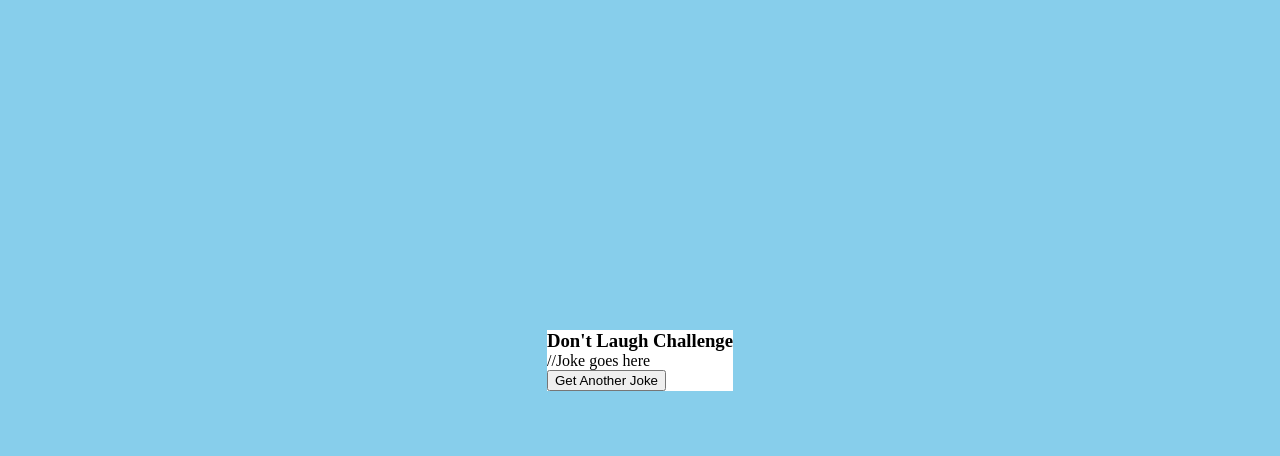
Repository: MMXiaohang/50projects50days-copy
Page: 10-dad-jokes/1-index.html
An editor plug-in stored every save of this project. The page is shown before and after the next save, followed by the edit.
The browser window is 1280 px wide. The pictures show the whole page.

Above is the page before, as saved 2022-07-13 00:02:46.

### 10-dad-jokes/1-index.html
<!DOCTYPE html>
<html lang="en">
<head>
    <meta charset="UTF-8">
    <meta http-equiv="X-UA-Compatible" content="IE=edge">
    <meta name="viewport" content="width=device-width, initial-scale=1.0">
    <link rel="stylesheet" href="./1-style.css">
    <title>Dad Jokes</title>
</head>
<body>
    <div class="container">
        <h3>Don't Laugh Challenge</h3>
        <div id="joke" class="joke"> //Joke goes here</div>
        <button id="jokeBtn" class="btn">Get Another Joke</button>
    </div>

    <script src="./1-script.js"></script>
</body>
</html>

### 10-dad-jokes/1-style.css
@import url('https://fonts.googleapis.com/css2?family=Roboto:wght@400;700&display=swap');


*{
    box-sizing: border-box;
    margin: 0;
}

body{
    background-color: skyblue;
    font-family: 'Roboto' sans-serif;
    display: flex;
    flex-direction: column;
    justify-content: center;
    align-items: center;
    height: 100vh;
    overflow: hidden;
    padding: 20px;
}

.container {
    background-color: #fff;

}

Loaded but not shown: 10-dad-jokes/1-script.js (no stored copy; drawn as an empty file)

After the next save:
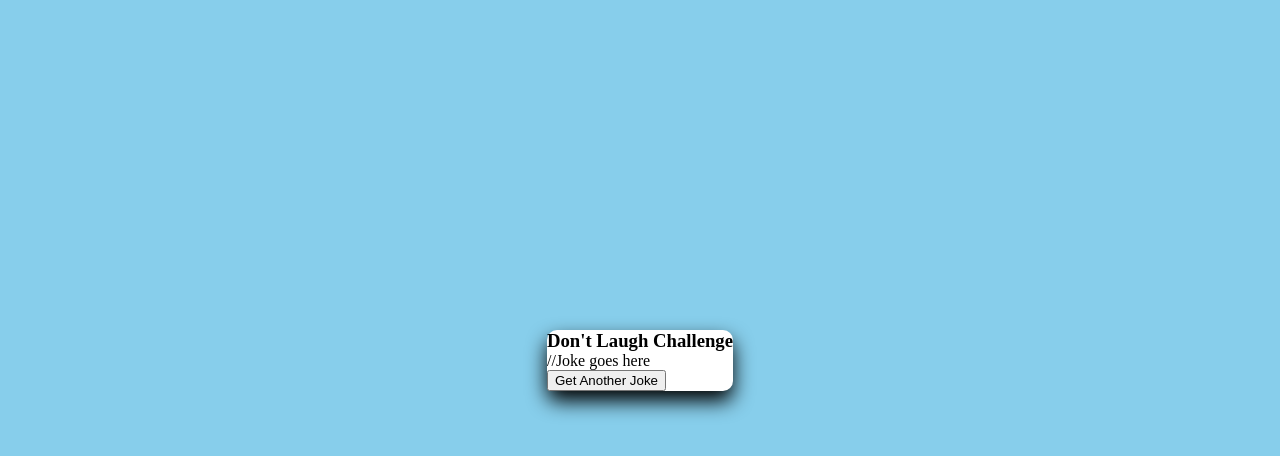
Saved 17 s later.
--- a/10-dad-jokes/1-style.css
+++ b/10-dad-jokes/1-style.css
@@ -20,5 +20,6 @@ body{
 
 .container {
     background-color: #fff;
-
+    border-radius: 10px;
+    box-shadow: 0 10px 20px ;
 }
